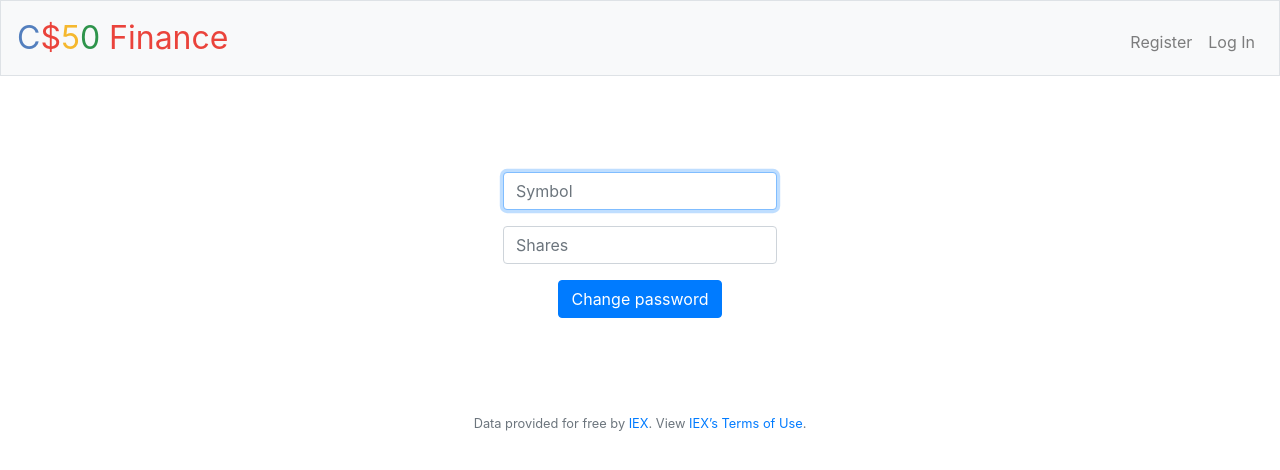
Repository: sanderdebr/cs50
Page: finance/templates/change-password.html
The author's editor kept a record of every edit. The page is drawn from the files as they stood at one moment, then again after the next edit.
The browser window is 1280 px wide. The pictures show the whole page.
The template is drawn by Flask 3. The application's start-up code is not run. Other server files are loaded and not shown. The template is opened directly, without the code that normally fills it, so the values that code supplies are empty.

Above is the page before.

### finance/templates/change-password.html
{% extends "layout.html" %}

{% block title %}
    Log In
{% endblock %}

{% block main %}
    <main class="container p-5">
        <form action="/buy" method="post">
            <div class="form-group">
                <input autocomplete="off" autofocus="" class="form-control" name="symbol" placeholder="Symbol" type="text">
            </div>
            <div class="form-group">
                <input autocomplete="off" class="form-control" min="1" name="shares" placeholder="Shares" type="number">
            </div>
            <button class="btn btn-primary" type="submit">Change password</button>
        </form>
    </main>
{% endblock %}

### finance/templates/layout.html
<!DOCTYPE html>

<html lang="en">

    <head>

        <!-- Required meta tags -->
        <meta charset="utf-8">
        <meta name="viewport" content="width=device-width, initial-scale=1, shrink-to-fit=no">

        <!-- documentation at http://getbootstrap.com/docs/4.1/, alternative themes at https://bootswatch.com/ -->
        <link href="https://maxcdn.bootstrapcdn.com/bootstrap/4.1.3/css/bootstrap.min.css" rel="stylesheet">

        <!-- https://favicon.io/emoji-favicons/money-mouth-face/ -->
        <link href="/static/favicon.ico" rel="icon">

        <link href="/static/styles.css" rel="stylesheet">

        <script src="https://code.jquery.com/jquery-3.3.1.min.js"></script>
        <script src="https://cdnjs.cloudflare.com/ajax/libs/popper.js/1.14.3/umd/popper.min.js"></script>
        <script src="https://maxcdn.bootstrapcdn.com/bootstrap/4.1.3/js/bootstrap.min.js"></script>

        <title>C$50 Finance: {% block title %}{% endblock %}</title>

    </head>

    <body>

        <nav class="navbar navbar-expand-md navbar-light bg-light border">
            <a class="navbar-brand" href="/"><span class="blue">C</span><span class="red">$</span><span class="yellow">5</span><span class="green">0</span> <span class="red">Finance</span></a>
            <button aria-controls="navbar" aria-expanded="false" aria-label="Toggle navigation" class="navbar-toggler" data-target="#navbar" data-toggle="collapse" type="button">
                <span class="navbar-toggler-icon"></span>
            </button>
            <div class="collapse navbar-collapse" id="navbar">
                {% if session.user_id %}
                    <ul class="navbar-nav mr-auto mt-2">
                        <li class="nav-item"><a class="nav-link" href="/quote">Quote</a></li>
                        <li class="nav-item"><a class="nav-link" href="/buy">Buy</a></li>
                        <li class="nav-item"><a class="nav-link" href="/sell">Sell</a></li>
                        <li class="nav-item"><a class="nav-link" href="/history">History</a></li>
                    </ul>
                    <ul class="navbar-nav ml-auto mt-2">
                        <li class="nav-item"><a class="nav-link" href="/change-password">Change password</a></li>
                        <li class="nav-item"><a class="nav-link" href="/logout">Log Out</a></li>
                    </ul>
                {% else %}
                    <ul class="navbar-nav ml-auto mt-2">
                        <li class="nav-item"><a class="nav-link" href="/register">Register</a></li>
                        <li class="nav-item"><a class="nav-link" href="/login">Log In</a></li>
                    </ul>
                {% endif %}
            </div>
        </nav>

        {% if get_flashed_messages() %}
            <header>
                <div class="alert alert-primary border text-center" role="alert">
                    {{ get_flashed_messages() | join(" ") }}
                </div>
            </header>
        {% endif %}

        <main class="container p-5">
            {% block main %}{% endblock %}
        </main>

        <footer class="small text-center text-muted">
            Data provided for free by <a href="https://iextrading.com/developer">IEX</a>. View <a href="https://iextrading.com/api-exhibit-a/">IEX’s Terms of Use</a>.
        </footer>

    </body>

</html>

Loaded but not shown: finance/static/styles.css (common file)

After the next edit:
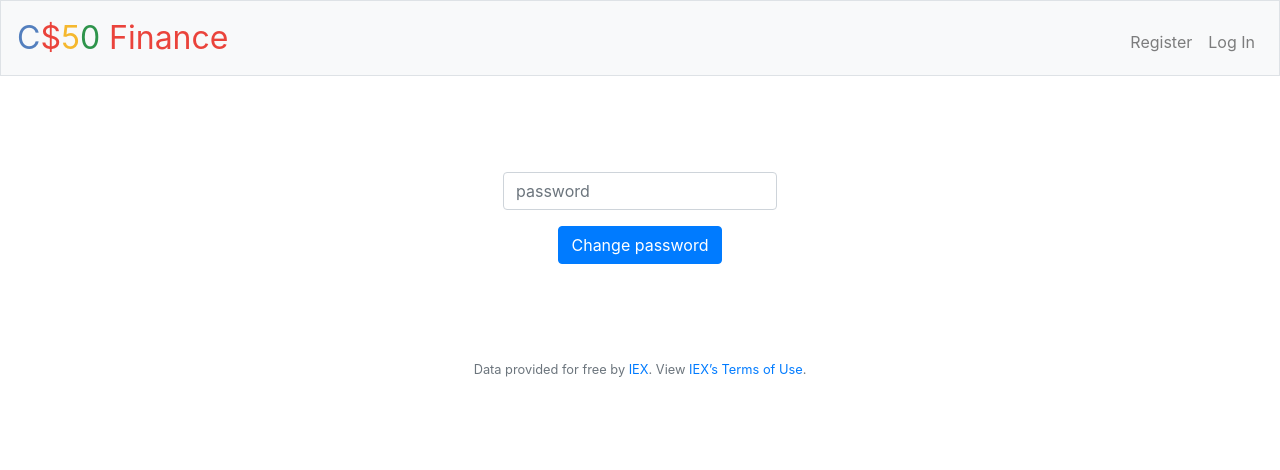
The edit:
--- a/finance/templates/change-password.html
+++ b/finance/templates/change-password.html
@@ -8,10 +8,7 @@
     <main class="container p-5">
         <form action="/buy" method="post">
             <div class="form-group">
-                <input autocomplete="off" autofocus="" class="form-control" name="symbol" placeholder="Symbol" type="text">
-            </div>
-            <div class="form-group">
-                <input autocomplete="off" class="form-control" min="1" name="shares" placeholder="Shares" type="number">
+                <input autocomplete="off" class="form-control" name="password" placeholder="password" type="password">
             </div>
             <button class="btn btn-primary" type="submit">Change password</button>
         </form>
